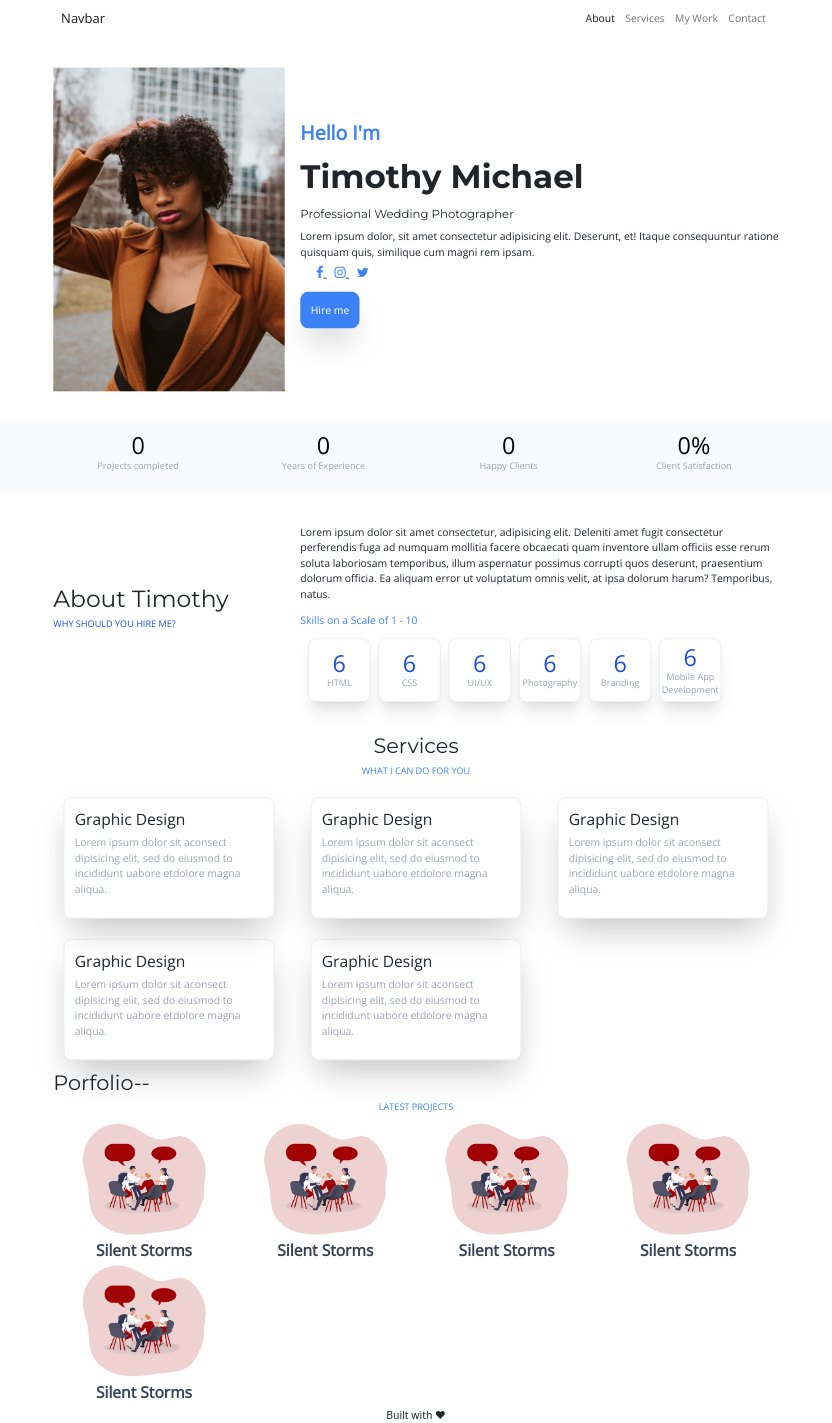
Repository: latenightsnacc/giggles
Page: HTML/freelancer.html
An editor plug-in stored every save of this project. The page is shown before and after the next save, followed by the edit.
The browser window is 1280 px wide. The pictures show the whole page, at 65% of full size.
Some web libraries are served in a nearby version.

Above is the page before, as saved 2021-01-03 16:49:00.

After the next save:
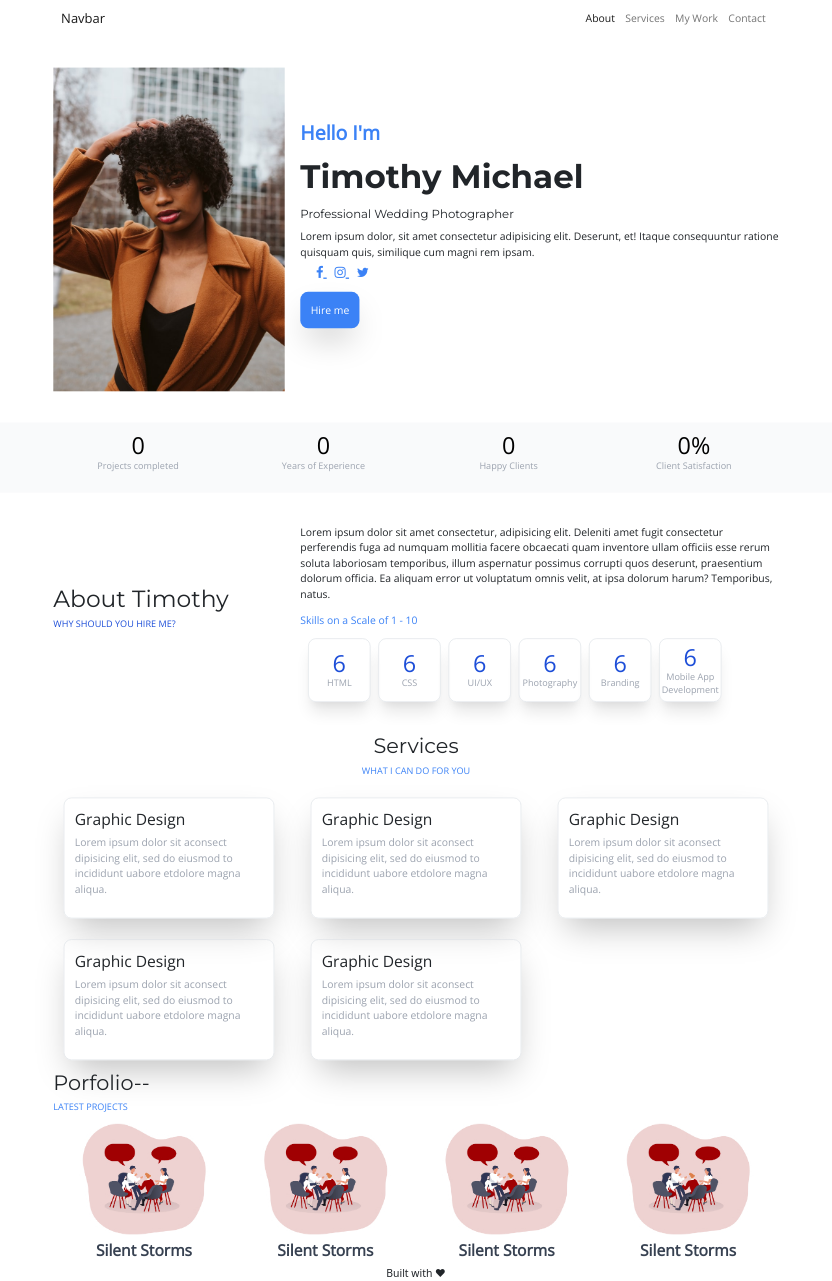
Saved 20 s later.
--- a/HTML/freelancer.html
+++ b/HTML/freelancer.html
@@ -185,7 +185,7 @@
         <!--Gallery / User Porfolio-->
         <div class="container">
             <h2 class="">Porfolio--</h2>
-            <p class="text-blue-500 text-sm uppercase text-center uppercase">Latest Projects</p>
+            <p class="text-blue-500 text-sm uppercase  uppercase">Latest Projects</p>
             <div class="row mx-auto">
                 <div class="col-xs-12 col-sm-12 col-md-6 col-lg-3 col-xl-3">
                     <a href="#" class="no-underline text-center flex flex-col items-center">
@@ -211,12 +211,7 @@
                         <div class="title-project text-gray-700 bold text-2xl  font-semibold hover:text-blue-500 py-2">Silent Storms</div>
                     </a>
                 </div>
-                <div class="col-xs-12 col-sm-12 col-md-6 col-lg-3 col-xl-3">
-                    <a href="#" class="no-underline text-center flex flex-col items-center">
-                        <img src="assets/brainstorming_session__monochromatic.jpg" alt="latest project" />
-                        <div class="title-project text-gray-700 bold text-2xl  font-semibold hover:text-blue-500 py-2">Silent Storms</div>
-                    </a>
-                </div>
+
             </div>
         </div>
     </main>
